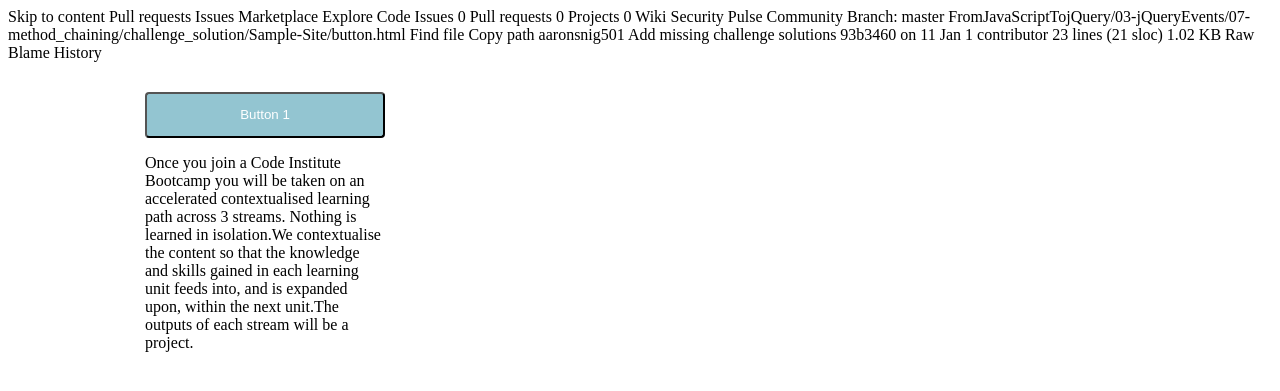
Repository: SOliv1/chaining-methods
Page: button.html
The author's editor kept a record of every edit. The page is drawn from the files as they stood at one moment, then again after the next edit.
The browser window is 1280 px wide. The pictures show the whole page.
Some web libraries are served in a nearby version.

Above is the page before.

### button.html
Skip to content



Pull requests
Issues
Marketplace
Explore






Code Issues 0 Pull requests 0 Projects 0 Wiki Security Pulse Community
Branch: master
FromJavaScriptTojQuery/03-jQueryEvents/07-method_chaining/challenge_solution/Sample-Site/button.html
Find file
Copy path
 aaronsnig501 Add missing challenge solutions
93b3460 on 11 Jan
1 contributor
23 lines (21 sloc) 1.02 KB
Raw
Blame
History


<!doctype html>

<html lang="en">

<head>

	<meta charset="utf-8">

	<meta name="viewport" content="width=device-width, initial-scale=1">

	<title>jQuery</title>

	<link href="css/style.css" rel="stylesheet">
</head>
<body>
	<div id="container">
		<div class='card'>
			<button id='button1'  class="bottom_button">Button 1</button>
			<p id='para1' class="card_para">Once you join a Code Institute Bootcamp you will be taken on an accelerated contextualised learning path across 3 streams. Nothing is learned in isolation.We contextualise the content so that the knowledge and skills gained in each learning unit feeds into, and is expanded upon, within the next unit.The outputs of each stream will be a project. </p>
		</div>
	</div>
	<script src="https://code.jquery.com/jquery-3.2.1.js"
	integrity="sha256-DZAnKJ/6XZ9si04Hgrsxu/8s717jcIzLy3oi35EouyE="
	crossorigin="anonymous"></script>
	<script src="js/script.js"></script> <!-- Scripts located at the bottom of the body to insure page is fully loaded before execution -->
</body>
</html>

### css/style.css
#container

{

	display: flex;		/* makes container a flexbox*/

	flex-flow: row wrap; 	/* layout the boxes in rows and wrap them*/
	box-sizing:border-box;
	margin-right:auto;
	margin-left:auto;
	max-width:1050px;

}

.bottom_button{
	display: flex;
	box-sizing:border-box;
	border-radius: 4px;
	display: block;
	width: 100%;
	background-color:rgba(129, 187, 201,.85);
	text-align: center;
	padding: 1em .75em;
	text-decoration: none;
	color: #fff;

}



.card_bottom{
	display: flex;
	flex-flow:column;
}



.card{
	flex:1; /* */
	display: flex;	/* make the contents controllable by flexbox*/
	flex-flow:column;	/* */
	max-width: 240px; /**/
	margin: 10px;
	padding: 20px;
	background-color: #fff;
}


/*************************

Navigation

**************************/

.underline{

  text-decoration:underline;

}

.border{
  border: solid 5px #ccc;
}

### js/script.js
$(document).ready(function() {
 //

 // add your jQuery code here

});

After the next edit:
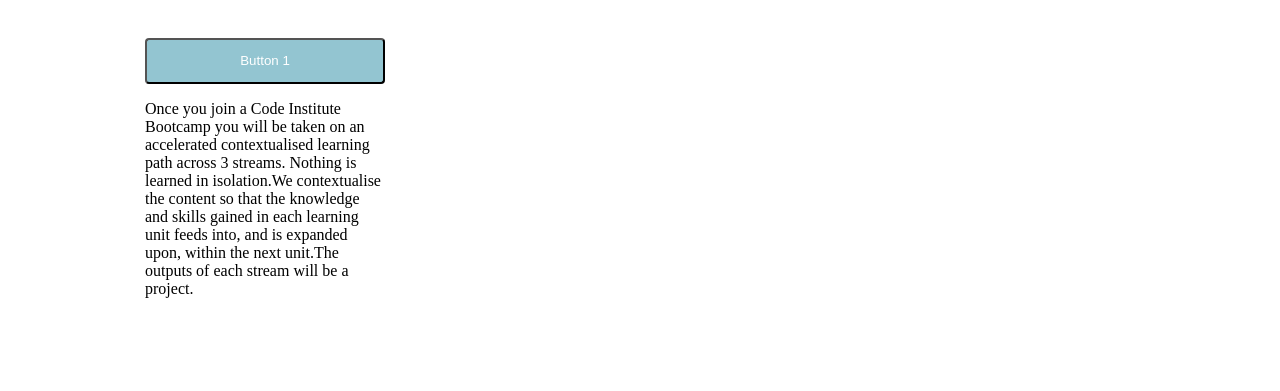
The edit:
--- a/button.html
+++ b/button.html
@@ -1,31 +1,3 @@
-Skip to content
-
-
-
-Pull requests
-Issues
-Marketplace
-Explore
-
-
-
-
-
-
-Code Issues 0 Pull requests 0 Projects 0 Wiki Security Pulse Community
-Branch: master
-FromJavaScriptTojQuery/03-jQueryEvents/07-method_chaining/challenge_solution/Sample-Site/button.html
-Find file
-Copy path
- aaronsnig501 Add missing challenge solutions
-93b3460 on 11 Jan
-1 contributor
-23 lines (21 sloc) 1.02 KB
-Raw
-Blame
-History
-
-
 <!doctype html>
 
 <html lang="en">
